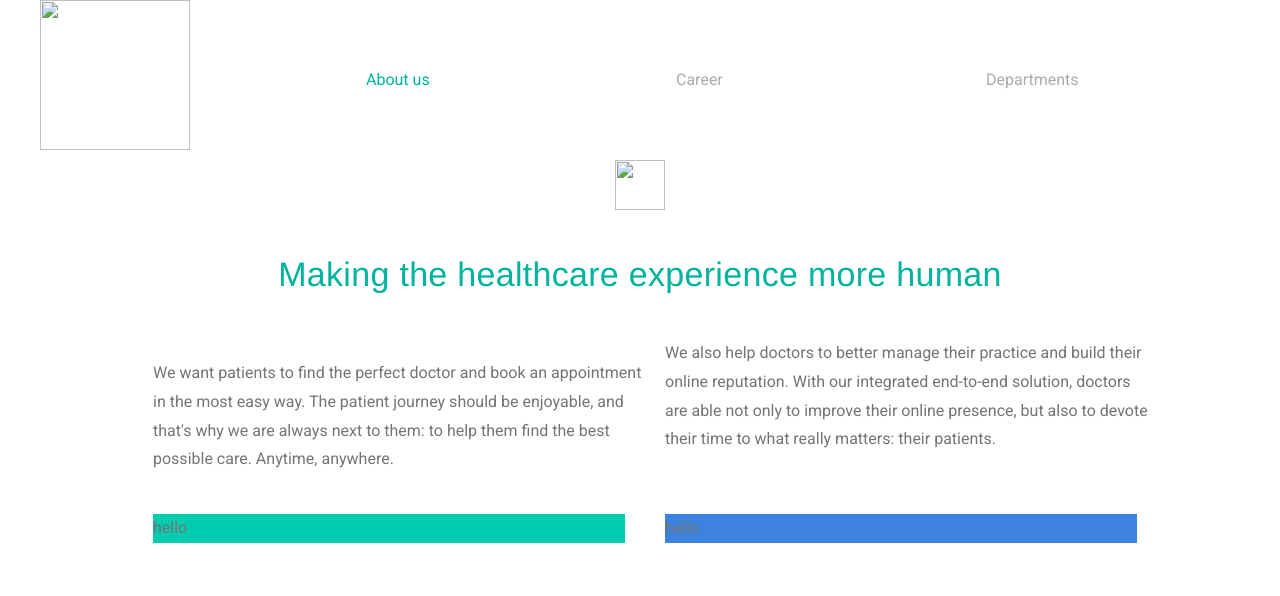
Repository: Hassanine-jaouadi/docplanner
Page: doc-panner.html
An editor plug-in stored every save of this project. The page is shown before and after the next save, followed by the edit.
The browser window is 1280 px wide. The pictures show the whole page.
Some web libraries are served in a nearby version.

Above is the page before, as saved 2020-01-17 11:01:50.

After the next save:
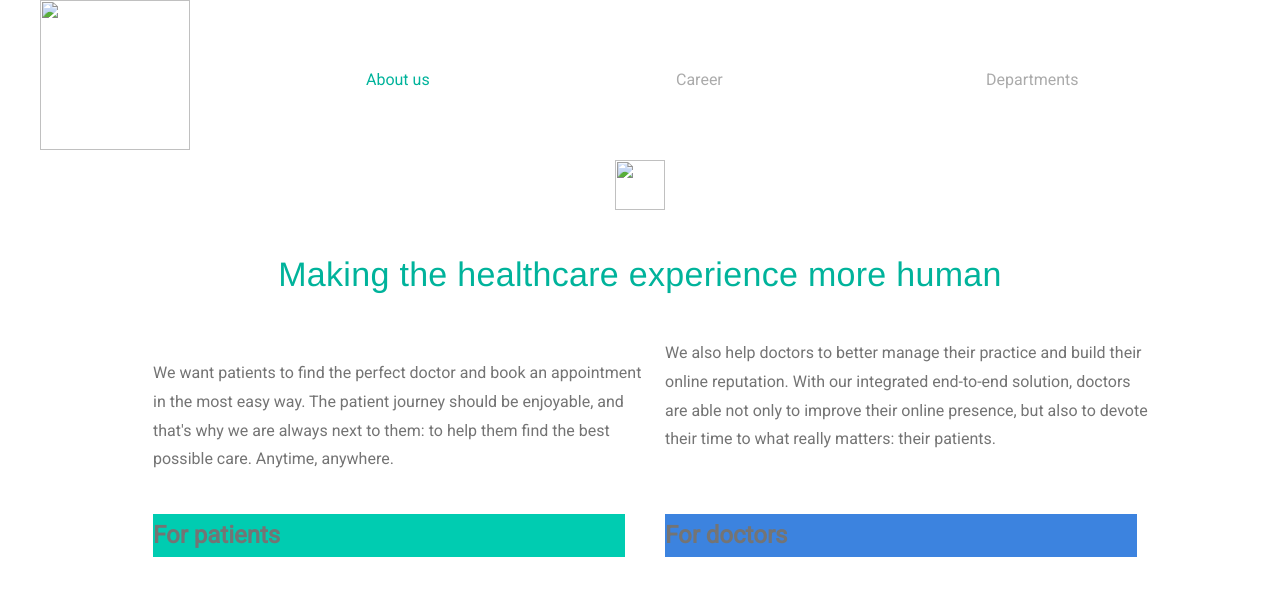
Saved 2 min 45 s later.
--- a/doc-panner.html
+++ b/doc-panner.html
@@ -50,9 +50,13 @@
     </div>
     <!--  first two boxes for Patients and for Doctors -->
     <div class="first-two-boxes">
-        <div class="box-for-patients">  hello </div>
+        <div class="box-for-patients">
+        <h2>For patients</h2>
+        </div>
 
-        <div class="box-for-doctors">   hello</div>
+        <div class="box-for-doctors">
+        <h2>For doctors</h2>
+        </div>
     </div>
 
 </body>
